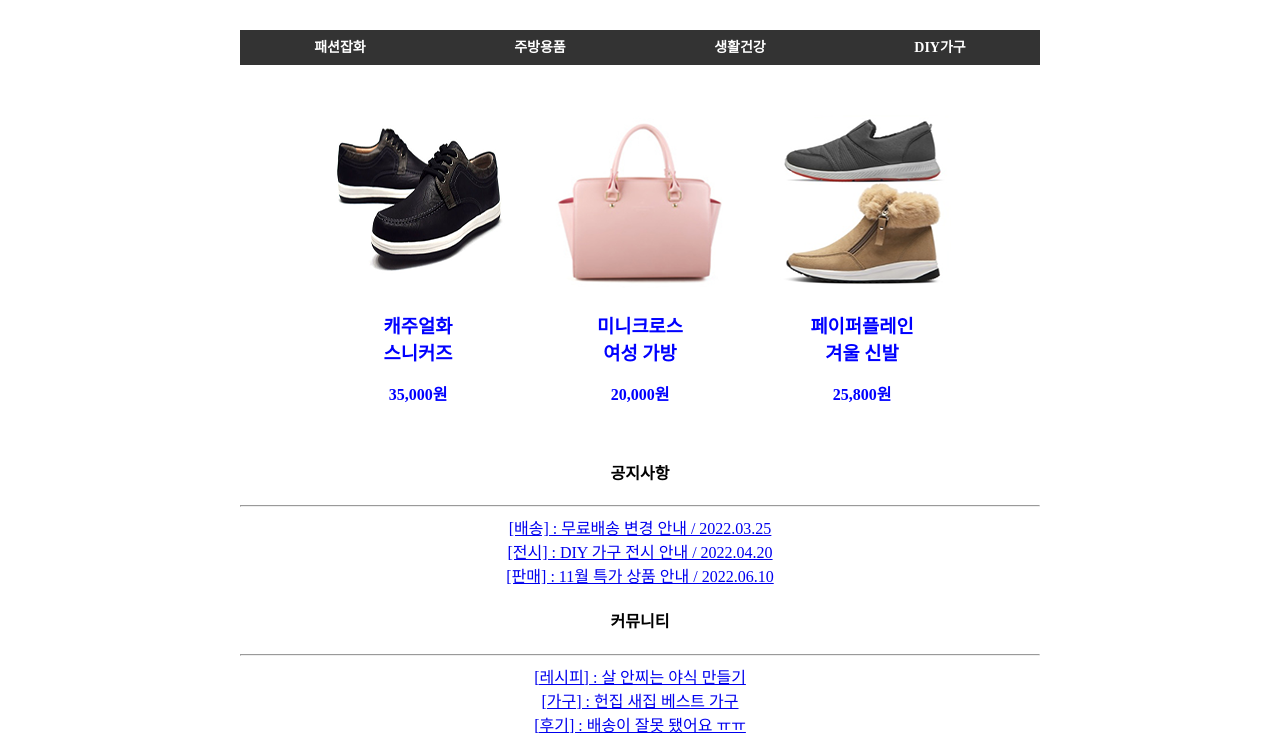
Repository: dudadab/Hhyundaiezwel_Academy
Page: CSS01/src/main/webapp/cssEx.html
The author's editor kept a copy of each file at every save. The page is drawn from the files as they stood at one save, then again after the next save.
The browser window is 1280 px wide. The pictures show the whole page.

Above is the page before, as saved 2025-07-02 08:15:01.

### CSS01/src/main/webapp/cssEx.html
<!DOCTYPE html>
<html>
	<head>
		<meta charset="UTF-8">
		<title>CSS 종합 연습문제</title>
		<link rel="stylesheet" type="text/css" href="cssEX.css">
	</head>
	<body>
		<div id="wrap">
			<div id="mainMenuBox">
				<ul id="menuItem">
					<li><a href="#">패션잡화</a></li>
					<li><a href="#">주방용품</a></li>
					<li><a href="#">생활건강</a></li>
					<li><a href="#">DIY가구</a></li>
				</ul>
			</div>
			<div id="productBox">
				<div>
					<img src="image/image/fashion1.png">
					<h3 class="prdTitle">캐주얼화<br>스니커즈</h3>
					<p class="prdPrice">35,000원</p>
				</div>
				<div>
					<img src="image/image/fashion2.png">
					<h3 class="prdTitle">미니크로스<br>여성 가방</h3>
					<p class="prdPrice">20,000원</p>
				</div>
				<div>
					<img src="image/image/fashion3.png">
					<h3 class="prdTitle">페이퍼플레인<br>겨울 신발</h3>
					<p class="prdPrice">25,800원</p>
				</div>
			</div>
			<div id="infoBox">
				<div class="box">
					<h4>공지사항</h4>
					<hr>
					<a href="#">[배송] : 무료배송 변경 안내 / 2022.03.25</a><br>
					<a href="#">[전시] : DIY 가구 전시 안내 / 2022.04.20</a><br>
					<a href="#">[판매] : 11월 특가 상품 안내 / 2022.06.10</a><br>
				</div>
				<div class="box">
					<h4>커뮤니티</h4>
					<hr>
					<a href="#">[레시피] : 살 안찌는 야식 만들기</a><br>
					<a href="#">[가구] : 헌집 새집 베스트 가구</a><br>
					<a href="#">[후기] : 배송이 잘못 됐어요 ㅠㅠ</a><br>
				</div>
			</div>
		</div>
	</body>
</html>

### CSS01/src/main/webapp/cssEX.css
@charset "UTF-8";

/*전체 컨텐츠를 담고 있는 div 태그*/
#wrap{
	margin:0 auto;/*가운데 정렬*/
	width:800px; /*가운데 정렬하기 위해서는 width 값이 있어야 함*/
	text-align:center;

}

#mainMenuBox{
	height:35px;
	line-height:35px; /*줄간격 - 수직 가운데 정렬 효과*/
	background-color:#333;
	margin-top:	30px;
	margin-bottom:30px;

}

#mainMenuBox ul {
	padding-left:0;
	margin:0;
	list-style:none;/*type 없음*/

}

#mainMenuBox li{
	float:left;
	width:25%;
	text-align:center;
}

#mainMenuBox a{
	text-decoration:none; /*a 태그의 밑줄 없애기*/
	color:white;
	display:block; /*a 태그는 inline 속성 -> block으로 속성 변경 시 마우스 반응 영역이 상위 태그에 준해서 확장됨*/
	font-size:14px;
	font-weight:bold;
}

#mainMenuBox a:hover {/*각 메뉴 항목에 마우스 올릴 시 */
	color:red;
	text-decoration:underline;
	background-color:black;

}

#productBox {
	margin-bottom:30px;

}

#productBox div {
	display:inline-block;
	margin:20px;
}

#productBox div > h3.prdTitle {
	margin-bottom:5px;
	color:blue;
	font-weight:bold;
}

#productBox div > p.prdPrice {
	margin-bottom:5px;
	color:blue;
	font-weight:bold;
}

After the next save:
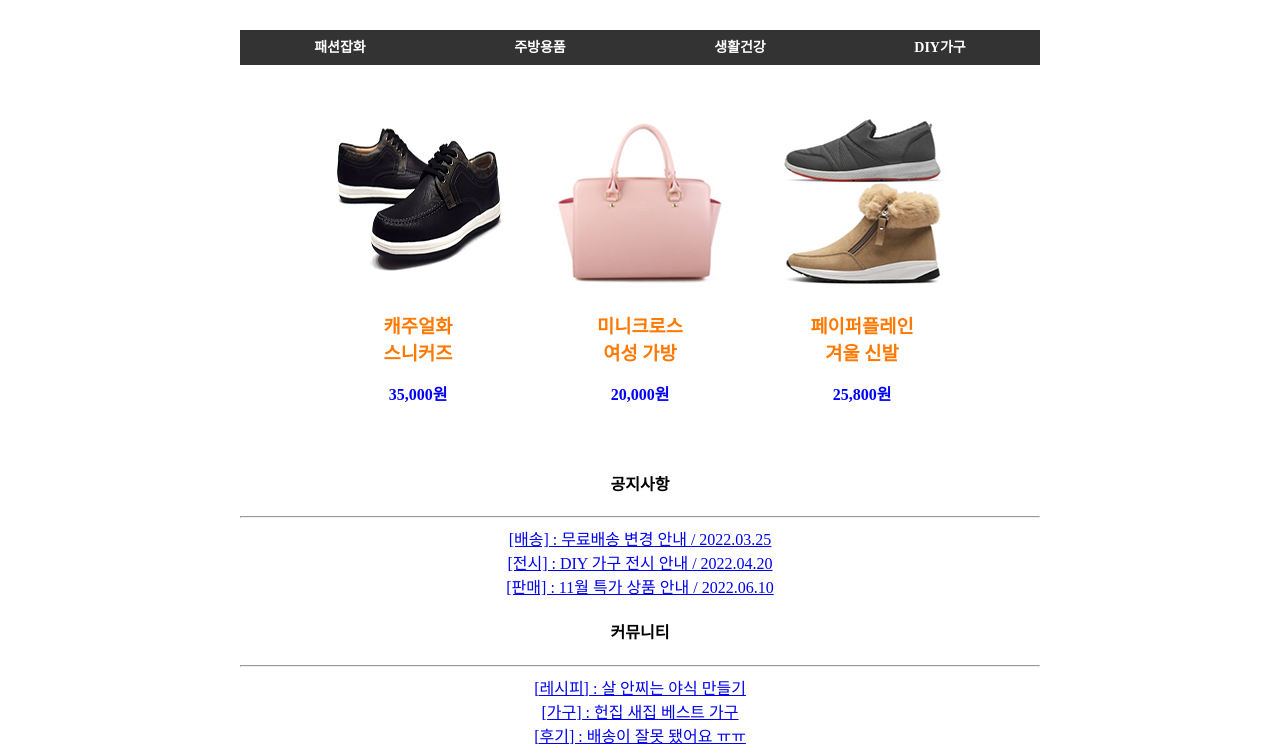
Saved 51 s later.
--- a/CSS01/src/main/webapp/cssEX.css
+++ b/CSS01/src/main/webapp/cssEX.css
@@ -57,12 +57,11 @@
 
 #productBox div > h3.prdTitle {
 	margin-bottom:5px;
-	color:blue;
+	color:#ff7800;
 	font-weight:bold;
 }
 
 #productBox div > p.prdPrice {
-	margin-bottom:5px;
 	color:blue;
 	font-weight:bold;
 }
